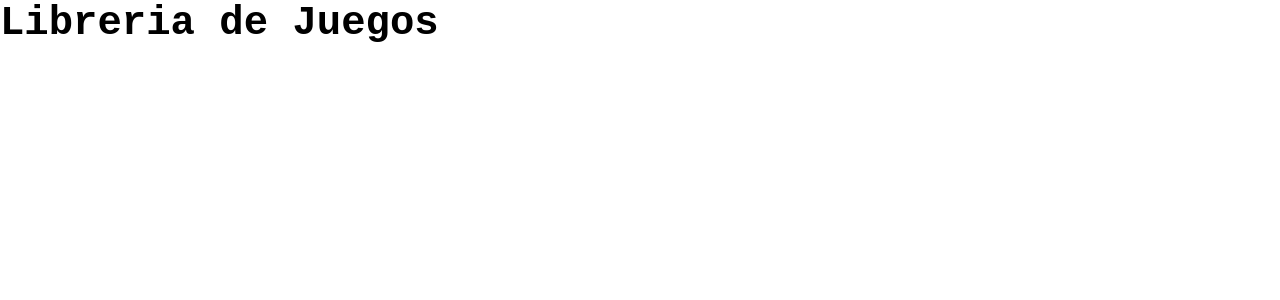
Repository: Pandrea-hub/generador-juegos
Page: public/index.html
These files come from the project's save history. The page is drawn as it stood at one moment and after the next save; the edit follows.
The browser window is 1280 px wide. The pictures show the whole page.
The page's requests for data from a server got no answer.

Above is the page before, as saved 2022-04-24 13:35:04.

After the next save:
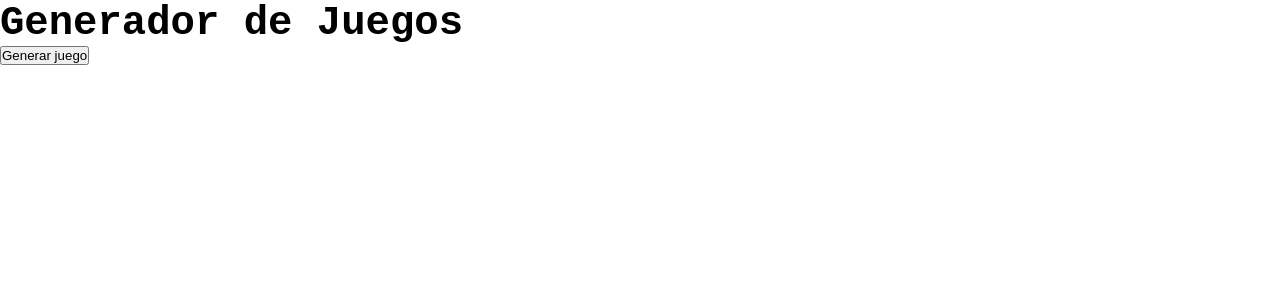
Saved 14 min 3 s later.
--- a/public/index.html
+++ b/public/index.html
@@ -8,7 +8,9 @@
     <link rel="stylesheet" href="./style.css">
 </head>
 <body>
-    <h1>Libreria de Juegos</h1>
+    <h1>Generador de Juegos</h1>
+
+    <button id="">Generar juego</button>
     <script src="./script.js"></script>
 </body>
 </html>
